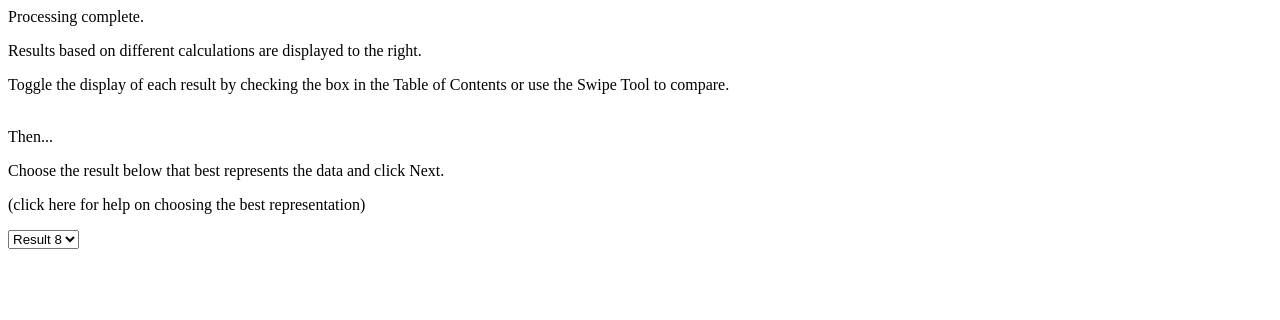
Repository: aconyteds/Wizard
Page: widgets/Wizard/templates/page4.html
The author's editor kept a record of every edit. The page is drawn from the files as they stood at one moment, then again after the next edit.
The browser window is 1280 px wide. The pictures show the whole page.

Above is the page before.

### widgets/Wizard/templates/page4.html
<div>
    <span>Processing complete.</span>
    <p>Results based on different calculations are displayed to the right.</p>
    <p>Toggle the display of each result by checking the box in the Table of Contents or use the Swipe Tool to compare.</p>
    <br/>
    <span>Then...</span>
    <p>Choose the result below that best represents the data and click Next.</p>
    <p>(click here for help on choosing the best representation)</p>
    <div data-dojo-type="dijit/form/Form">
        <select data-dojo-type="dijit/form/Select">
            <option value="1" selected="selected">Result 1</option>
            <option value="2" selected="selected">Result 2</option>
            <option value="3" selected="selected">Result 3</option>
            <option value="4" selected="selected">Result 4</option>
            <option value="5" selected="selected">Result 5</option>
            <option value="6" selected="selected">Result 6</option>
            <option value="7" selected="selected">Result 7</option>
            <option value="8" selected="selected">Result 8</option>
        </select>
    </div>
</div>

After the next edit:
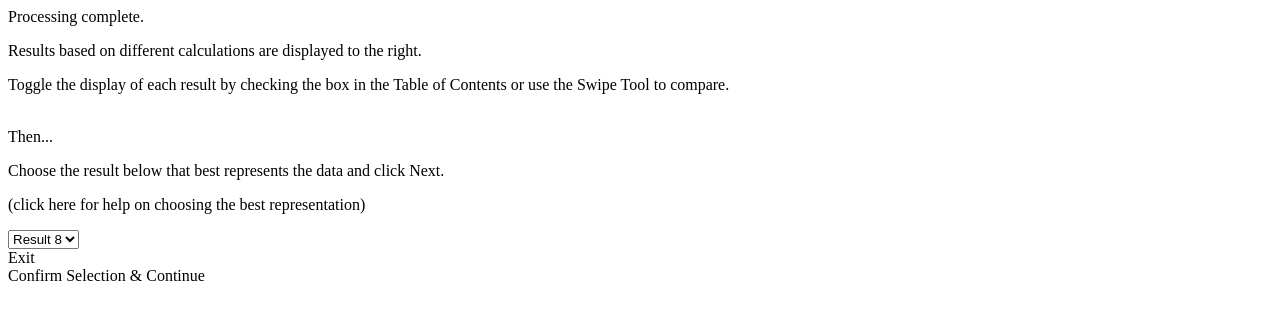
The edit:
--- a/widgets/Wizard/templates/page4.html
+++ b/widgets/Wizard/templates/page4.html
@@ -18,4 +18,8 @@
             <option value="8" selected="selected">Result 8</option>
         </select>
     </div>
+    <div class="ButtonContainer">
+        <div class="exit" data-dojo-type="dijit/form/Button" data-dojo-attach-event="onClick:_exit">Exit</div>
+        <div class="next" data-dojo-type="dijit/form/Button" data-dojo-attach-event="onClick:_next">Confirm Selection & Continue</div>
+    </div>
 </div>
